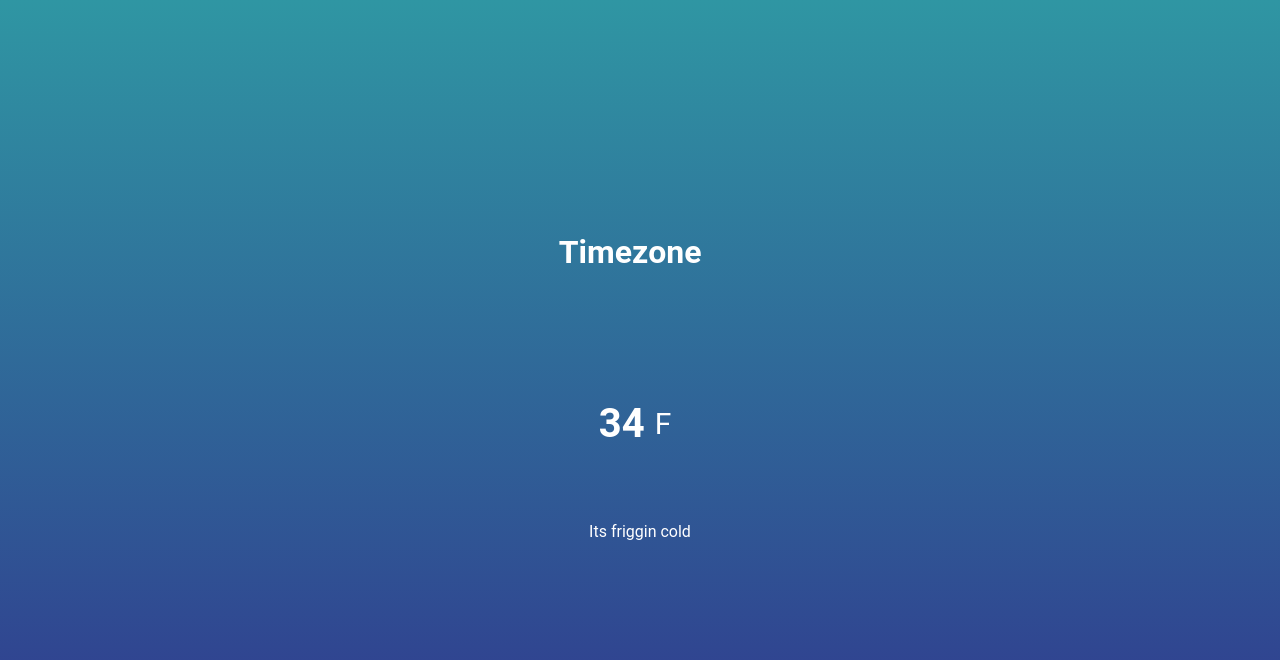
Repository: BaczkiewiczDawid/weatherApp
Page: index.html
The author's editor kept a copy of each file at every save. The page is drawn from the files as they stood at one save, then again after the next save.
The browser window is 1280 px wide. The pictures show the whole page.

Above is the page before, as saved 2020-02-22 20:05:33.

After the next save:
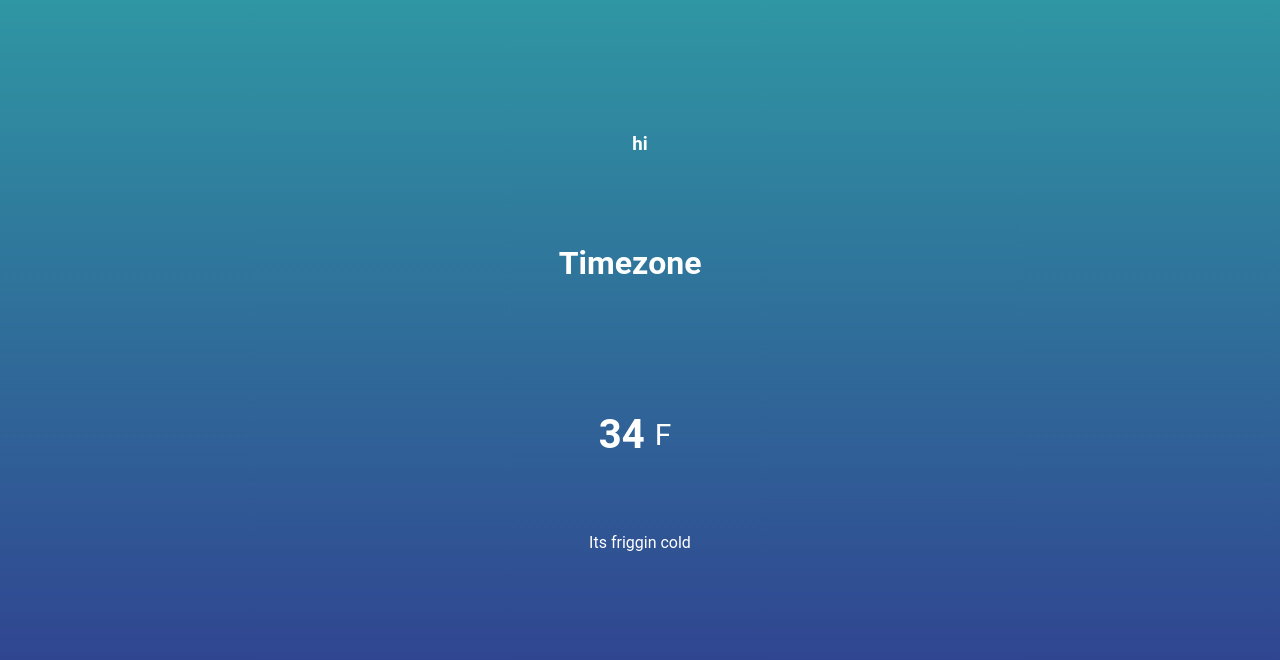
Saved 19 h 4 min later.
--- a/index.html
+++ b/index.html
@@ -6,6 +6,7 @@
     <meta charset="UTF-8">
 </head>
 <body>
+    <h3>hi</h3>
     <div class="location">
         <h1 class="location-timezone">Timezone</h1>
         <canvas class="icon" width="128" height="128"></canvas>

After the save that followed:
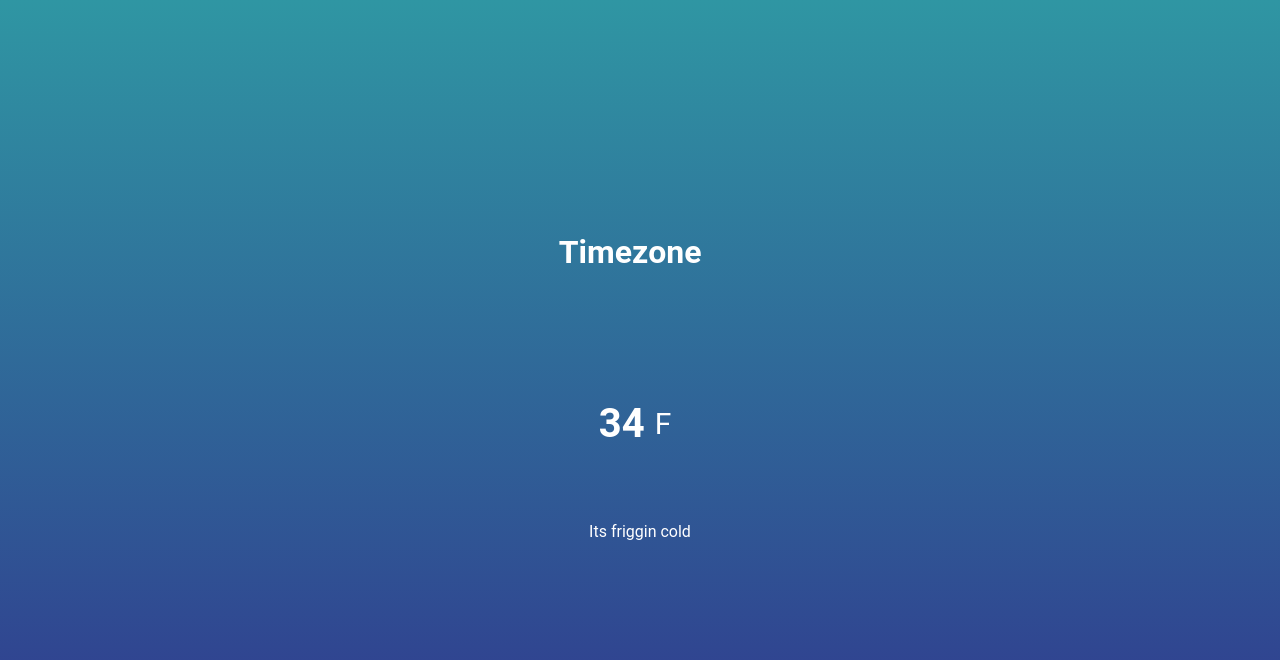
Saved 3 min 5 s later.
--- a/index.html
+++ b/index.html
@@ -6,7 +6,6 @@
     <meta charset="UTF-8">
 </head>
 <body>
-    <h3>hi</h3>
     <div class="location">
         <h1 class="location-timezone">Timezone</h1>
         <canvas class="icon" width="128" height="128"></canvas>
